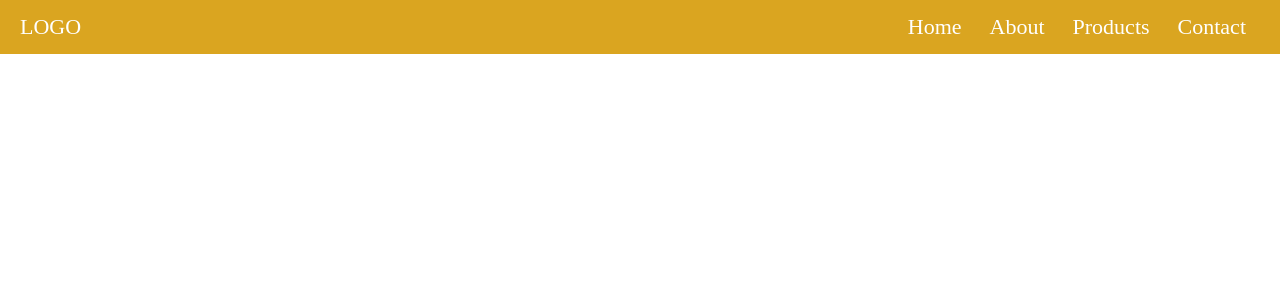
Repository: albayrakfatih/Flex-Navbar
Page: navbar-w-flexbox.html
An editor plug-in stored every save of this project. The page is shown before and after a run of saves, followed by the edit.
The browser window is 1280 px wide. The pictures show the whole page.
The pointer rests on the first visible `.navigation a`.

Above is the page before, as saved 2023-05-09 19:55:05.

After the next 2 saves:
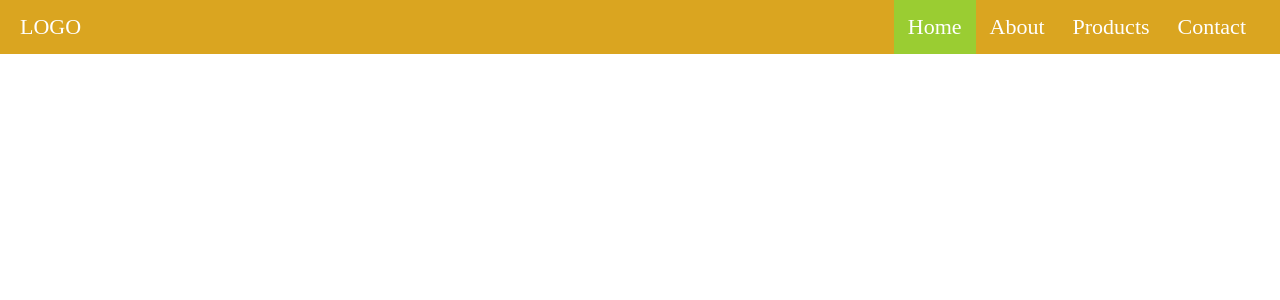
The 2 saves are shown as one change because they came seconds apart.
The last was saved 7 s later.
--- a/styles.css
+++ b/styles.css
@@ -28,5 +28,5 @@
     padding: 14px;
 }
 .navigation a:hover{
-    background: ;
+    background: yellowgreen;
 }
